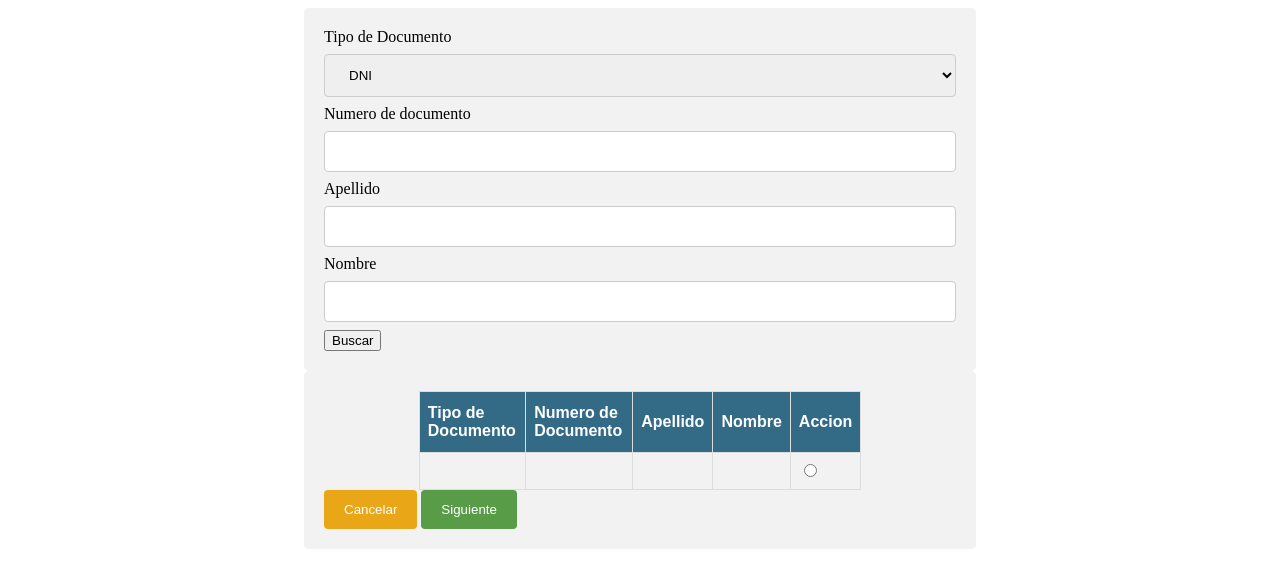
Repository: dariovtx/JavaUTNDise-o
Page: http://localhost/hotelPremier/gestionarPasajero.jsp
An editor plug-in stored every save of this project. The page is shown before and after the next save, followed by the edit.
The browser window is 1280 px wide. The pictures show the whole page.
The page is served by Tomcat 9.

Above is the page before, as saved 2021-10-24 21:28:03.

After the next save:
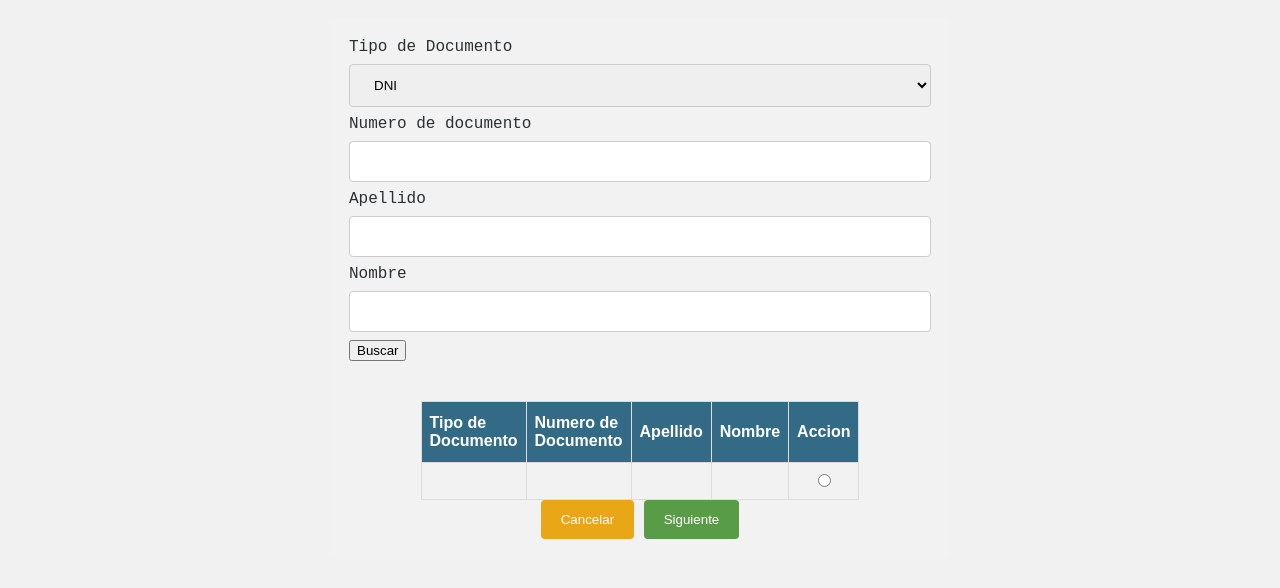
Saved 5 min 21 s later.
--- a/hotelPremier/src/main/webapp/gestionarPasajero.jsp
+++ b/hotelPremier/src/main/webapp/gestionarPasajero.jsp
@@ -8,6 +8,7 @@
 <html>
 <head>
 <meta charset="ISO-8859-1">
+<link rel="stylesheet" href="css/style.css">
 <link rel="stylesheet" href="css/form.css">
 <link rel="stylesheet" href="css/button.css">
 <link rel="stylesheet" href="css/table.css">
